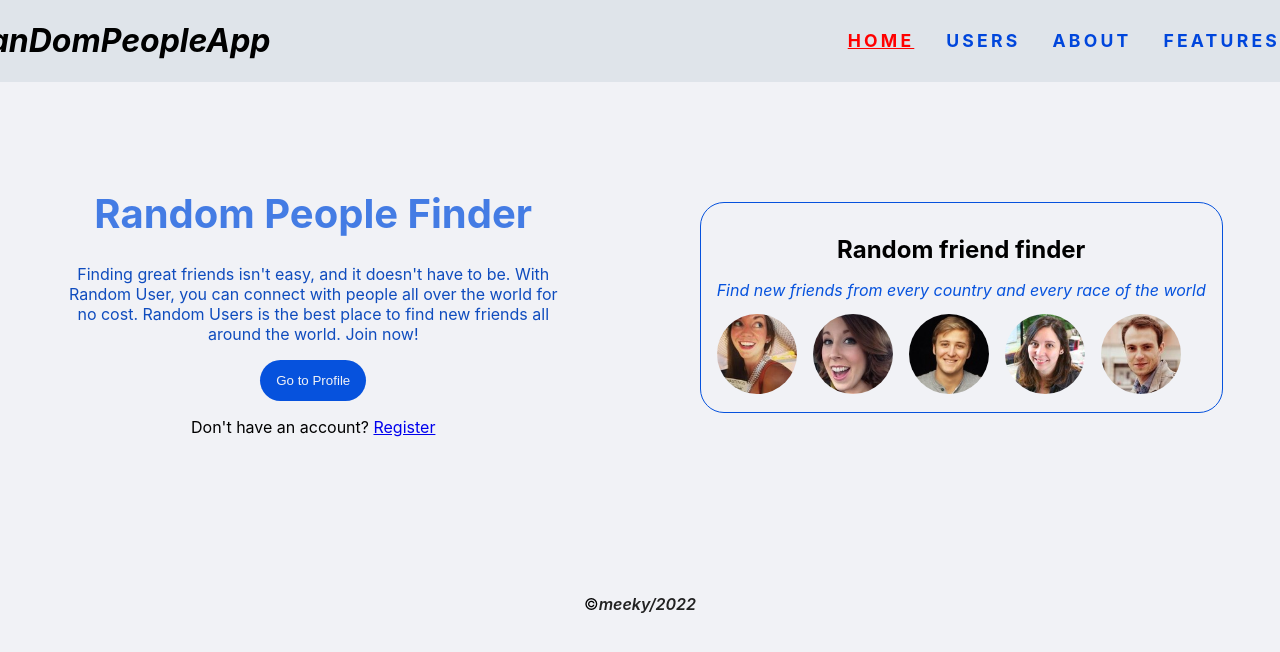
Repository: MikkyPrestige/RandomProfiles
Page: /
The author's editor kept a copy of each file at every save. The page is drawn from the files as they stood at one save, then again after the next save.
The browser window is 1280 px wide. The pictures show the whole page.
The project was rebuilt for these pictures with package versions that can differ from the ones it lists, and the page was loaded fresh each time. Also part of the build but not shown: src/components/users.jsx, src/assets/styles/search.css, src/components/search.jsx, src/assets/styles/help.css, src/components/help.jsx, src/assets/styles/about.css, src/components/about.jsx, src/assets/styles/error.css and 9 more.

Above is the page before, as saved 2022-12-06 19:54:57.

### public/index.html
<!DOCTYPE html>
<html lang="en">

<head>
  <meta charset="utf-8" />
  <link rel="icon" href="%PUBLIC_URL%/favicon.ico" />
  <meta name="viewport" content="width=device-width, initial-scale=1" />
  <meta name="theme-color" content="#000000" />
  <meta name="description" content="Web site created using create-react-app" />
  <link rel="apple-touch-icon" href="%PUBLIC_URL%/logo192.png" />
  <!--
      manifest.json provides metadata used when your web app is installed on a
      user's mobile device or desktop. See https://developers.google.com/web/fundamentals/web-app-manifest/
    -->
  <link rel="manifest" href="%PUBLIC_URL%/manifest.json" />
  <!--
      Notice the use of %PUBLIC_URL% in the tags above.
      It will be replaced with the URL of the `public` folder during the build.
      Only files inside the `public` folder can be referenced from the HTML.

      Unlike "/favicon.ico" or "favicon.ico", "%PUBLIC_URL%/favicon.ico" will
      work correctly both with client-side routing and a non-root public URL.
      Learn how to configure a non-root public URL by running `npm run build`.
    -->
  <title>AltSchool Assignment 2</title>
</head>

<body>
  <noscript>You need to enable JavaScript to run this app.</noscript>
  <div id="root"></div>
  <!--
      This HTML file is a template.
      If you open it directly in the browser, you will see an empty page.

      You can add webfonts, meta tags, or analytics to this file.
      The build step will place the bundled scripts into the <body> tag.

      To begin the development, run `npm start` or `yarn start`.
      To create a production bundle, use `npm run build` or `yarn build`.
    -->
</body>

</html>

### src/index.css
body {
  margin: 0;
  font-family: -apple-system, BlinkMacSystemFont, 'Segoe UI', 'Roboto', 'Oxygen',
    'Ubuntu', 'Cantarell', 'Fira Sans', 'Droid Sans', 'Helvetica Neue',
    sans-serif;
  -webkit-font-smoothing: antialiased;
  -moz-osx-font-smoothing: grayscale;
  background-color: #f1f2f6;
}

code {
  font-family: source-code-pro, Menlo, Monaco, Consolas, 'Courier New',
    monospace;
}

### src/App.jsx
import * as React from "react";
import { ErrorBoundary } from "react-error-boundary";
import { Route, Routes } from "react-router-dom";
import {
  Layout,
  Home,
  Users,
  Search,
  Help,
  About,
  Error,
  ErrorFallBack,
  Profile,
  ProfileDisplay,
  Register,
  UpdatePassword,
  Footer,
} from "./components";

const App = () => {
  return (
    <div className="App">
      <main>
        <ErrorBoundary FallbackComponent={ErrorFallBack}>
          <Layout />
          <Routes>
            <Route path="/" element={<Home />} />
            <Route path="users">
              <Route index element={<Users />} />
              <Route path=":id" element={<Search />} />
            </Route>
            <Route path="profile" element={<Profile />} />
            <Route path="profileDisplay" element={<ProfileDisplay />} />
            <Route path="register" element={<Register />} />
            <Route path="update" element={<UpdatePassword />} />
            <Route path="help" element={<Help />} />
            <Route path="about" element={<About />} />
            <Route path="*" element={<Error />} />
          </Routes>
        </ErrorBoundary>
        <Footer />
      </main>
    </div>
  );
};

export default App;

### src/components/index.js
export {  Layout, Back } from "./layout";
export { default as Home } from "./home";
export { default as Users } from "./users";
export { default as Search } from "./search";
export { default as Help } from "./help";
export { default as About } from "./about";
export { default as Error } from "./error";
export { default as ErrorFallBack } from "./errorFallback";
export { default as Profile } from "./profile";
export { default as ProfileDisplay } from "./profileDisplay";
export { default as Register } from "./register";
export { default as UpdatePassword } from "./update";
export { Footer } from "./avatar";

### src/components/layout.jsx
// LAYOUT COMPONENT - This component is for the App Layout that displays the Navigation bar in the app UI to the user when app is open

import { useState } from "react";
import { NavLink } from "react-router-dom";
import "../assets/styles/layout.css";
import { MdClose } from "react-icons/md";
import { FiMenu } from "react-icons/fi";

const CustomNavLink = ({ to, ...props }) => {
  let activeStyle = {
    textDecoration: "underline",
    color: "red",
  };

  return (
    <NavLink
      style={({ isActive }) =>
        isActive ? activeStyle : { textDecoration: "none" }
      }
      to={to}
      end
      {...props}
    />
  );
};

const LayoutSmall = () => {
  const [nav, setNav] = useState(false);

  const toggleNav = () => {
    setNav(!nav);
  };

  const closeNav = () => {
    setNav(false);
  };

  return (
    <div className="layout small">
      <header className="layout__header">
        <div className="layout__header--text">
          <h1 className="layout__header--title">RanDomPeopleApp</h1>
        </div>
        <nav className="layout__nav">
          <button onClick={toggleNav} className="layout--btn">
            {nav ? (
              <MdClose className="layout__btn--icon" />
            ) : (
              <FiMenu className="layout__btn--icon" />
            )}
          </button>
          <div className={`menuNav ${nav ? " showMenu" : ""}`}>
            <CustomNavLink
              to="/"
              end
              className="nav__item"
              onClick={() => closeNav()}
            >
              Home
            </CustomNavLink>
            <CustomNavLink
              to="profile"
              className="nav__item"
              onClick={() => closeNav()}
            >
              Users
            </CustomNavLink>
            <CustomNavLink
              to="about"
              className="nav__item"
              onClick={() => closeNav()}
            >
              About
            </CustomNavLink>
            <CustomNavLink
              to="help"
              className="nav__item"
              onClick={() => closeNav()}
            >
              Features
            </CustomNavLink>
          </div>
        </nav>
      </header>
    </div>
  );
};

const LayoutLarge = () => {
  return (
    <div className="layout large">
      <header className="layout__header">
        <div className="layout__header--text">
          <h1 className="layout__header--title">RanDomPeopleApp</h1>
        </div>
        <nav className="layout__nav">
          <div className="nav__items--large">
            <CustomNavLink to="/" className="nav__item--large">
              Home
            </CustomNavLink>
            <CustomNavLink to="profile" className="nav__item--large">
              Users
            </CustomNavLink>
            <CustomNavLink to="about" className="nav__item--large">
              About
            </CustomNavLink>
            <CustomNavLink to="help" className="nav__item--large">
              Features
            </CustomNavLink>
          </div>
        </nav>
      </header>
    </div>
  );
};

const Layout = () => {
  return (
    <div>
      <LayoutSmall />
      <LayoutLarge />
    </div>
  );
};

//  Navigate back home button
const Back = () => {
  const [isHover, setIsHover] = useState(false);

  const handleMouseEnter = () => {
    setIsHover(true);
  };

  const handleMouseLeave = () => {
    setIsHover(false);
  };

  const style = {
    border: "none",
    borderRadius: ".5rem",
    padding: " .5rem",
    fontSize: "1rem",
    fontWeight: "600",
    cursor: "pointer",
    backgroundColor: isHover ? "lightblue" : "rgb(0, 191, 255)",
    color: isHover ? "#f00" : "green",
  };

  return (
    <NavLink to="/" className="back__button">
      <button
        style={style}
        onMouseEnter={handleMouseEnter}
        onMouseLeave={handleMouseLeave}
      >
        Back ←{" "}
      </button>
    </NavLink>
  );
};

export { Layout, Back };

### src/components/home.jsx
// HOME COMPONENT - This component is the Home section of the app that displays app Home page on load and when the 'HOME' button in the header is clicked

import { Link, useNavigate } from "react-router-dom";
import "../assets/styles/home.css";
import { Avatar } from "./avatar";
import FirstFemale from "../assets/img/female-1.jpg";
import SecondFemale from "../assets/img/female-2.jpg";
import ThirdFemale from "../assets/img/female-3.jpg";
import FirstMale from "../assets/img/male-1.jpg";
import SecondMale from "../assets/img/male-2.jpg";

const Home = () => {
  const navigate = useNavigate();
  const getStarted = () => {
    navigate("/profileDisplay"); // Redirect the user to the users component when the get started button is clicked
  };

  return (
    <div className="home">
      <div className="home__container">
        <div className="desc">
          <h1 className="desc__heading">Random people finder</h1>
          <p className="desc__paragraph">
            Finding great friends isn't easy, and it doesn't have to be. With
            Random User, you can connect with people all over the world for no
            cost. Random Users is the best place to find new friends all around
            the world. Join now!
          </p>
          <button onClick={getStarted} className="desc__cta">
            Go to Profile
          </button>
          <p className="register__text">
            Don't have an account?{" "}
            <Link to="/register" className="register__link">
              Register
            </Link>
          </p>
        </div>
        <div className="home__wrapper">
          <h2 className="home__heading">Random friend finder</h2>
          <p className="home__text">
            Find new friends from every country and every race of the world
          </p>
          <div className="home__img">
            <Avatar
              image={FirstFemale}
              alt="Female One"
              style={{ width: "5rem", height: "5rem", borderRadius: "50%" }}
            />
            <Avatar
              image={SecondFemale}
              alt="Female Two"
              style={{ width: "5rem", height: "5rem", borderRadius: "50%" }}
            />
            <Avatar
              image={FirstMale}
              alt="Male One"
              style={{ width: "5rem", height: "5rem", borderRadius: "50%" }}
            />
            <Avatar
              image={ThirdFemale}
              alt="Female Three"
              style={{ width: "5rem", height: "5rem", borderRadius: "50%" }}
            />
            <Avatar
              image={SecondMale}
              alt="Male Two"
              style={{ width: "5rem", height: "5rem", borderRadius: "50%" }}
            />
          </div>
        </div>
      </div>
    </div>
  );
};

export default Home;

### src/components/avatar.jsx
// AVATAR COMPONENT - This component is for the Images used in the app.

import "../assets/styles/layout.css";

export const Avatar = ({ image = "", alt = "", style = {} }) => {
  return (
    <div className="avatar">
      <img src={image} alt={alt} style={style} />
    </div>
  );
};

// FOOTER COMPONENT - for the attribution

export const Footer = () => {
  return (
    <div className="attribution">
      <footer>
        &copy;
        <a
          href="https://github.com/MeekyBerry"
          target="_blank"
          rel="noreferrer"
          className="footer"
        >
          meeky/2022
        </a>
      </footer>
    </div>
  );
};

### src/assets/styles/layout.css
.layout {
  background-color: #dfe4ea;
  /* padding: 0 1rem; */
  width: 100%;
}

.layout__nav {
  display: flex;
  align-items: center;
  justify-content: space-between;
  position: relative;
}

.layout__header {
  display: flex;
  justify-content: space-between;
  align-items: center;
}

.layout__header--title {
  font-style: oblique;
  margin-left: -2rem;
}

.layout--btn {
  position: fixed;
  top: 1.5rem;
  right: 1.5rem;
  z-index: 10;
  background-color: #f1f2f5;
  border: none;
  font-size: 1.5rem;
  cursor: pointer;
}

.menuNav {
  position: fixed;
  top: 6rem;
  right: 0;
  width: 0;
  max-width: 10rem;
  height: 100%;
  background-color: #f1f2f5;
  z-index: 5;
  overflow: hidden;
}

.menuNav.showMenu {
  width: 100%;
  transition: all 2s ease-in;
  -webkit-transition: all 2s ease-in;
  -moz-transition: all 2s ease-in;
  -ms-transition: all 2s ease-in;
  -o-transition: all 2s ease-in;
}

.nav__items {
  display: flex;
  align-items: center;
  list-style: none;
  /* flex-wrap: wrap; */
}

.nav__item {
  font-size: 1.2rem;
  padding: 1rem;
  text-transform: uppercase;
  display: block;
  text-align: center;
  text-transform: uppercase;
  color: #0046dc;
}

.nav__item:hover {
  color: #7dd5c6;
}

.nav__items--large {
  display: flex;
  gap: 2rem;
}

.nav__item--large {
  text-transform: uppercase;
  font-size: 1.1rem;
  font-weight: 700;
  letter-spacing: .2rem;
  color: #0046dc;
}

.attribution {
  text-align: center;
}

.footer {
  color: #222;
  text-decoration: none;
  cursor: pointer;
  font-style: italic;
  font-weight: 600;
}

/* MEDIA QUERY TO HIDE THE NAVIGATION BAR HAMBURGER ON LARGE SCREENS */
@media screen and (min-width: 768px) {
  .small {
    display: none;
  }

  .large {
    display: block;
  }
}

@media screen and (max-width: 768px) {
  .small {
    display: block;
  }

  .large {
    display: none;
  }
}

### src/assets/styles/home.css
.home {
  height: 60vh;
  width: 100%;
  margin-top: 5rem;
  text-align: center;
}

.home__container {
  display: flex;
  justify-content: space-around;
  align-items: center;
  gap: 1rem;
}

.desc {
  width: 40%;
}

.desc__heading {
  font-size: 2.5rem;
  color: #0651ddbb;
  text-transform: capitalize;
}

.desc__paragraph {
  font-size: 1rem;
  color: #0f4cbe;
}

.desc__cta {
  background-color: #0652dd;
  color: #f1f2f6;
  padding: 0.8rem 1rem;
  border: none;
  border-radius: 1.5rem;
}

.desc__cta:hover {
  background-color: #0f4cbe;
}

.home__wrapper {
  border: 1px solid #0652dd;
  border-radius: 1.5rem;
  line-height: 1;
  padding: 1rem;
  height: min-content;
}

.home__text {
  font-style: italic;
  color: #0652dd;
}

.home__img {
  display: flex;
  align-items: center;
  gap: 1rem;
}

### src/assets/styles/users.css
.users {
  background-color: #fff;
  border: 1px solid #ccc;
  border-radius: 0.5rem;
  padding: 1rem;
  margin: 1rem;
}

.users__container {
  display: flex;
  flex-direction: column;
  justify-content: center;
  align-items: center;
}

.users__heading {
  text-align: center;
  text-transform: uppercase;
  font-size: 1.5rem;
  font-weight: bold;
  margin-bottom: 1rem;
}

.users__list {
  list-style: none;
  padding: 2rem;
  margin: 1rem auto;
  width: 85%;
  display: grid;
  grid-template-columns: repeat(3, minmax(200px, 1fr));
  grid-gap: 3rem;
}

.user__items {
  border-bottom: 1px solid #ccc;
}

.user__item {
  background-color: #fff;
  border: 1px solid #ccc;
  border-radius: 0.5rem;
  padding: 1rem;
}

.user__img {
  width: 80%;
  border-radius: 10%;
  margin-left: 1rem;
}

/* BUTTON BELOW */
.btn__container {
  display: flex;
  justify-content: center;
  align-items: center;
}

.active:hover {
  background-color: #ced6e0;
  color: #1e90ff;
}

.active:active {
  background-color: #70a1ff;
  color: #ced6e0;
}

.btn__array {
  padding: 0.5rem;
  margin: 0.5rem;
  font-size: 1rem;
  border-radius: 0.5rem;
  border: none;
  cursor: pointer;
}

.search__box {
  display: flex;
  justify-content: center;
  align-items: center;
}

.search__link {
  background-color: #fff;
  border: 1px solid #ccc;
  color: #1e90ff;
  border-radius: 1rem;
  width: 18rem;
  padding: 0.5rem;
  margin: 1rem;
  font-size: 1rem;
  font-weight: bold;
  cursor: pointer;
  text-align: center;
  text-decoration: none;
  animation: search 1s ease-in-out infinite;
}

.search__link:hover {
  background-color: #1e90ff;
  color: #fff;
  animation: none;
}

.search__link:active {
  background-color: #70a1ff;
  color: #fff;
  animation: none;
}

@keyframes search {
  0% {
    transform: scale(1);
  }

  50% {
    transform: scale(1.2);
  }

  100% {
    transform: scale(1);
  }
}

Loaded but not shown: src/index.js (common file)

After the next save:
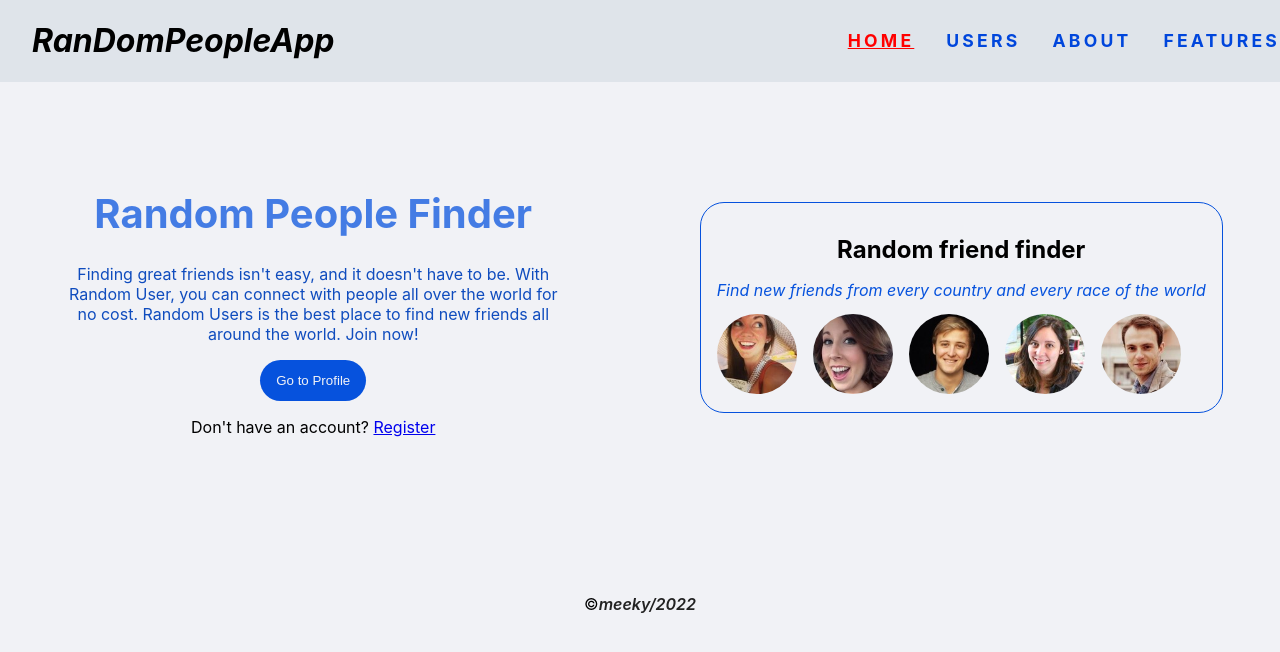
Saved 7 s later.
--- a/src/assets/styles/layout.css
+++ b/src/assets/styles/layout.css
@@ -19,7 +19,7 @@
 
 .layout__header--title {
   font-style: oblique;
-  margin-left: -2rem;
+  margin-left: 2rem;
 }
 
 .layout--btn {
